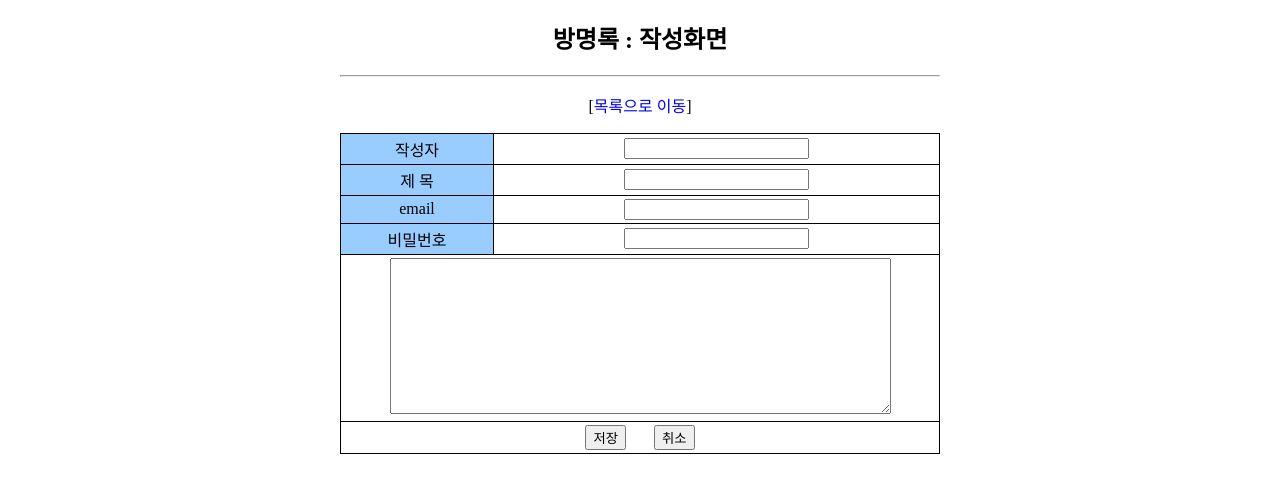
Repository: hagjun/jspstudy
Page: http://localhost/01_servlet/guestbook/update.jsp
An editor plug-in stored every save of this project. The page is shown before and after the next save, followed by the edit.
The browser window is 1280 px wide. The pictures show the whole page.
The page is served by Tomcat 9. Other server files are loaded and not shown.

Above is the page before, as saved 2024-03-08 01:18:18.

### 01_servlet/src/main/webapp/guestbook/update.jsp
<%@ page language="java" contentType="text/html; charset=UTF-8"
    pageEncoding="UTF-8"%>
<!DOCTYPE html>
<html>
<head>
<meta charset="UTF-8">
<title> 방 명 록 </title>
<script type="text/javascript">
	function save_go(f) {
		// 검사
		f.action = "/01_servlet/Guest";
		f.submit();
	}
</script>
<style type="text/css">
	a { text-decoration: none;}
	table{width: 600px; border-collapse:collapse; text-align: center;}
	table,th,td{border: 1px solid black; padding: 3px}
	div{width: 600px; margin:auto; text-align: center;}
</style>


</head>
<body>
	<div>
		<h2>방명록 : 작성화면</h2>
		<hr />
		<p>[<a href="/01_servlet/Guest?cmd=list">목록으로 이동</a>]</p>
		<form method="post">
			<table>
				<tr align="center">
					<td bgcolor="#99ccff">작성자</td>
					<td><input type="text" name="name" size ="20"/></td>
				</tr>
				<tr align="center">
					<td bgcolor="#99ccff">제  목</td>
					<td><input type="text" name="subject" size ="20"/></td>
				</tr>
				<tr align="center">
					<td bgcolor="#99ccff">email</td>
					<td><input type="text" name="email" size ="20"/></td>
				</tr>
				<tr align="center">
					<td bgcolor="#99ccff">비밀번호</td>
					<td><input type="password" name="pwd" size ="20"/></td>
				</tr>
				<tr align="center">
					<td colspan="2">
						<textarea rows="10" cols="60" name="content"></textarea>
					</td>
				</tr>
				<tfoot>
					<tr align="center">
						<td colspan="2">
							<input type="hidden" name="cmd" value="write_ok">
							<input type="button" value="저장"   onclick="save_go(this.form)" />
							&nbsp;&nbsp;&nbsp;&nbsp;&nbsp;
							<input type="reset" value="취소" />
						</td>
					</tr>
				</tfoot>
			</table>
		</form>
	</div>
</body>
</html>

After the next save:
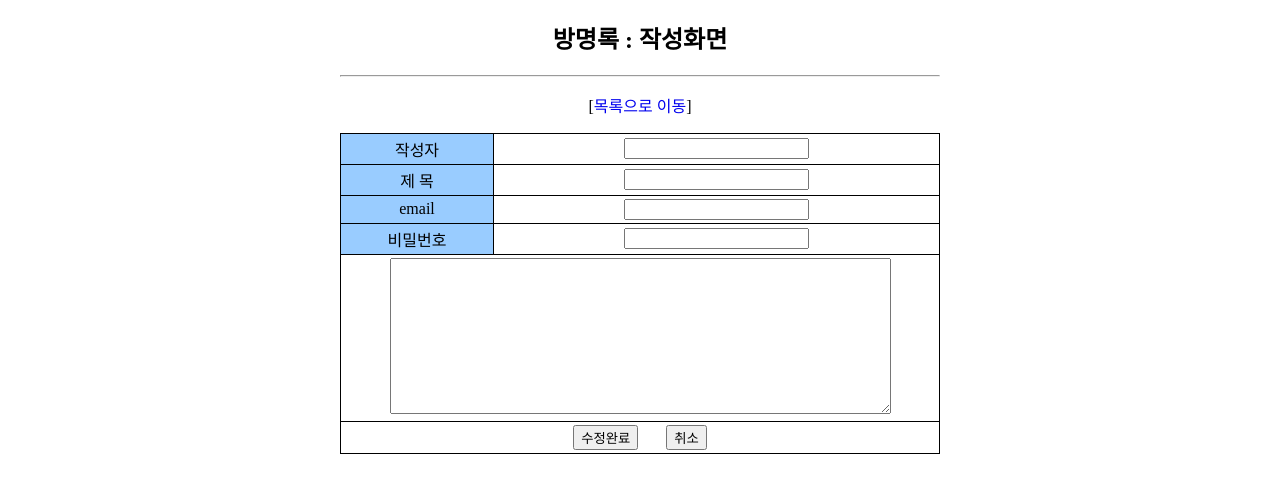
Saved 94 s later.
--- a/01_servlet/src/main/webapp/guestbook/update.jsp
+++ b/01_servlet/src/main/webapp/guestbook/update.jsp
@@ -52,8 +52,7 @@
 				<tfoot>
 					<tr align="center">
 						<td colspan="2">
-							<input type="hidden" name="cmd" value="write_ok">
-							<input type="button" value="저장"   onclick="save_go(this.form)" />
+							<input type="button" value="수정완료"   onclick="" />
 							&nbsp;&nbsp;&nbsp;&nbsp;&nbsp;
 							<input type="reset" value="취소" />
 						</td>
